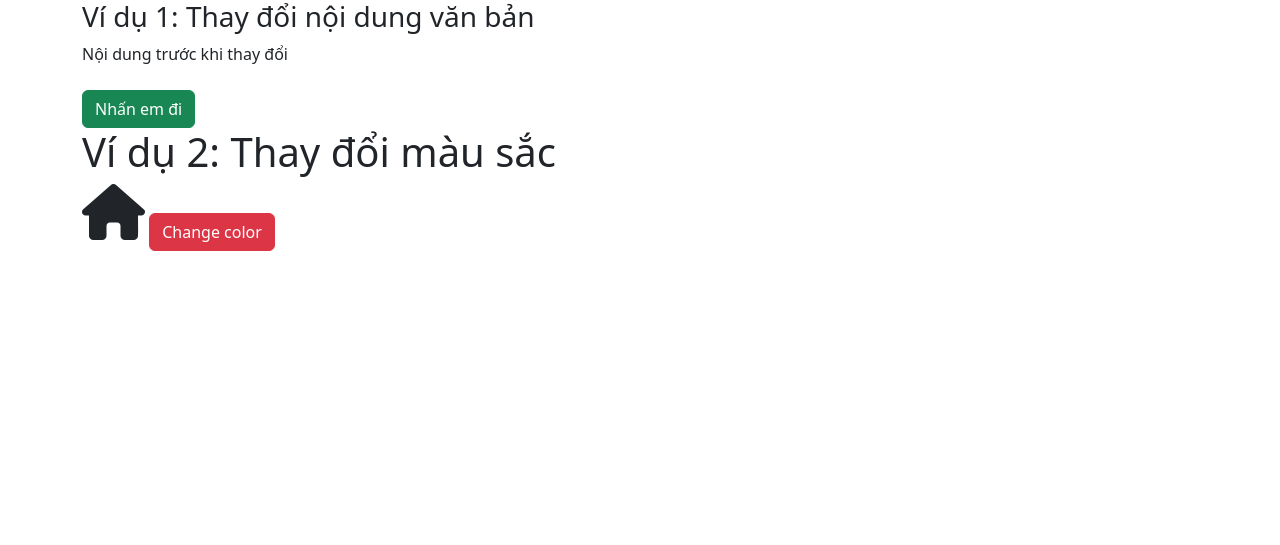
Repository: hcozyph/cyberSoft_JS_fulldocs
Page: JS_2/index.html
These files come from the project's save history. The page is drawn as it stood at one moment and after the next save; the edit follows.
The browser window is 1280 px wide. The pictures show the whole page.

Above is the page before, as saved 2023-01-21 19:07:33.

After the next save:
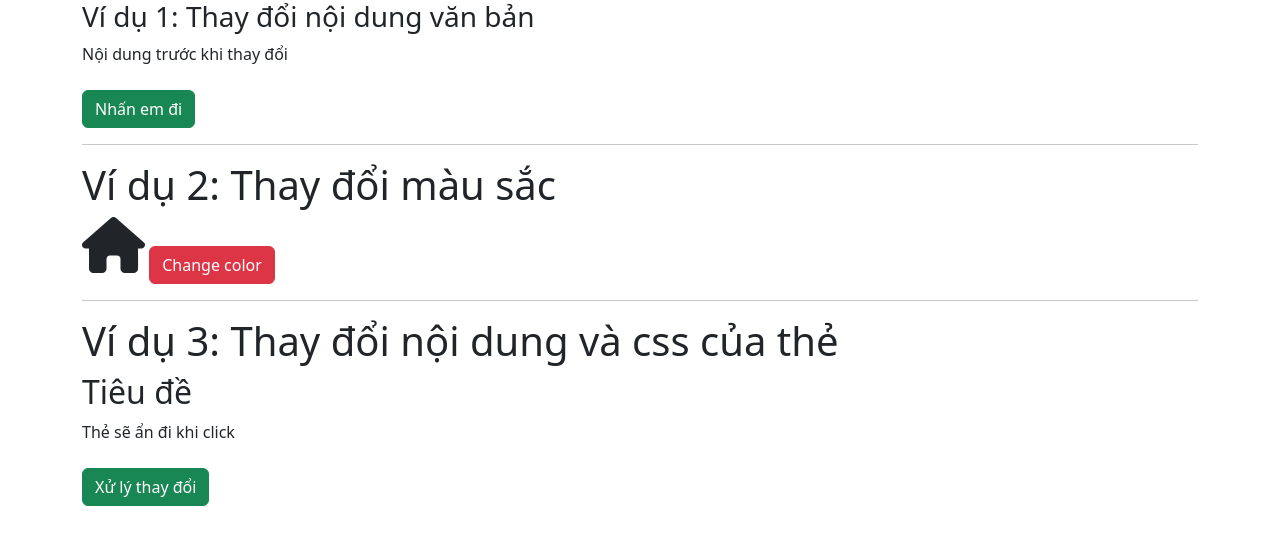
Saved 4 min 10 s later.
--- a/JS_2/index.html
+++ b/JS_2/index.html
@@ -43,12 +43,20 @@
                 Nhấn em đi
             </button>
 
+            <hr />
+
             <h1>Ví dụ 2: Thay đổi màu sắc</h1>
             <i class="fa fa-home display-4" id="home"></i>
-
             <button class="btn btn-danger mt-2" onclick="changeColor()">
                 Change color
             </button>
+
+            <hr />
+
+            <h1>Ví dụ 3: Thay đổi nội dung và css của thẻ</h1>
+            <h2 id="tieuDe">Tiêu đề</h2>
+            <p id="noiDung">Thẻ sẽ ẩn đi khi click</p>
+            <button class="btn btn-success mt-2">Xử lý thay đổi</button>
         </div>
         <!-- Bootstrap JavaScript Libraries -->
         <script
